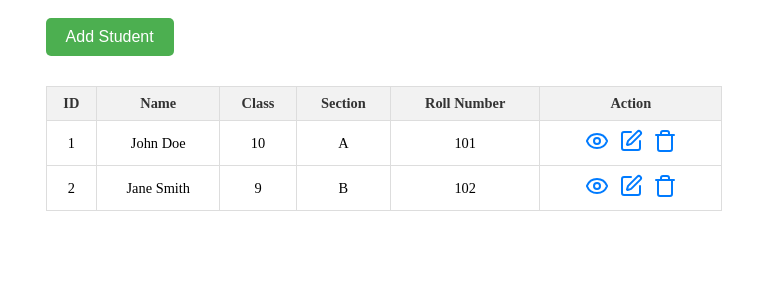
Repository: sharmisthak16/Student-Assignment
Page: /StudentTable (app in my-project/)
These files come from the project's save history. The page is drawn as it stood at one moment and after the next save; the edit follows.
The browser window is 768 px wide. The pictures show the whole page.
The project was rebuilt for these pictures with package versions that can differ from the ones it lists, and the page was loaded fresh each time. Also part of the build but not shown: my-project/vite.config.js, my-project/src/components/firebase.js, my-project/src/components/LoginForm.css, my-project/src/components/LoginForm.jsx, my-project/src/components/Dashboard.jsx, my-project/src/components/HomeButtons.css, my-project/src/components/HomeButtons.jsx, my-project/src/Pages/Home.jsx.

Above is the page before, as saved 2025-01-30 20:22:46.

### my-project/index.html
<!doctype html>
<html lang="en">
  <head>
    <meta charset="UTF-8" />

    <meta name="viewport" content="width=device-width, initial-scale=1.0" />
    <title>Assignment</title>
  </head>
  <body>
    <div id="root"></div>
    <script type="module" src="/src/main.jsx"></script>
  </body>
</html>

### my-project/src/App.jsx
import React from 'react';
import { BrowserRouter as Router, Route, Routes } from 'react-router-dom'; // Use Routes instead of Switch
import LoginForm from './components/LoginForm';
import Dashboard from './components/Dashboard'; // Create this component for the dashboard page
import Home from './Pages/Home';
import StudentTable from './components/StudentTable';

function App() {
  return (
    <Router>
      <Routes>
      <Route path='/' element={<Home/>} />
        <Route path="/LoginForm" element={<LoginForm />} /> {/* Use element instead of component */}
        <Route path="/dashboard" element={<Dashboard />} /> {/* Use element instead of component */}
       <Route path="/StudentTable" element={<StudentTable />}  />
      </Routes>
    </Router>
  );
}

export default App;

### my-project/src/components/StudentTable.jsx
import React, { useState } from "react";
import { Eye, Edit, Trash } from "lucide-react"; // You need to install lucide-react for icons
import "./StudentTable.css";

const StudentTable = () => {
  const [students, setStudents] = useState([
    { id: 1, name: "John Doe", class: "10", section: "A", rollNumber: "101" },
    { id: 2, name: "Jane Smith", class: "9", section: "B", rollNumber: "102" },
  ]);

  const addStudent = () => {
    const newStudent = {
      id: students.length + 1,
      name: "New Student",
      class: "-",
      section: "-",
      rollNumber: "-",
    };
    setStudents([...students, newStudent]);
  };

  const deleteStudent = (id) => {
    setStudents(students.filter((student) => student.id !== id));
  };

  return (
    <div className="student-table-container">
      <button className="add-student-btn" onClick={addStudent}>
        Add Student
      </button>
      <table className="student-table">
        <thead>
          <tr>
            <th>ID</th>
            <th>Name</th>
            <th>Class</th>
            <th>Section</th>
            <th>Roll Number</th>
            <th>Action</th>
          </tr>
        </thead>
        <tbody>
          {students.map((student) => (
            <tr key={student.id}>
              <td>{student.id}</td>
              <td>{student.name}</td>
              <td>{student.class}</td>
              <td>{student.section}</td>
              <td>{student.rollNumber}</td>
              <td>
                <Eye className="action-icon" />
                <Edit className="action-icon" />
                <Trash
                  className="action-icon"
                  onClick={() => deleteStudent(student.id)}
                />
              </td>
            </tr>
          ))}
        </tbody>
      </table>
    </div>
  );
};

export default StudentTable;

### my-project/src/components/StudentTable.css
.student-table-container {
    width: 90%;
    max-width: 1200px;
    margin: 0 auto;
    padding: 20px;
  }

  .add-student-btn {
    padding: 10px 20px;
    background-color: #4CAF50;
    color: white;
    border: none;
    border-radius: 5px;
    cursor: pointer;
    margin-bottom: 20px;
    font-size: 1rem;
  }

  .add-student-btn:hover {
    background-color: #45a049;
  }

  .student-table {
    width: 100%;
    border-collapse: collapse;
    margin-top: 10px;
  }

  .student-table th,
  .student-table td {
    padding: 12px;
    text-align: center;
    border: 1px solid #ddd;
  }

  .student-table th {
    background-color: #f2f2f2;
    color: #333;
  }

  .student-table tbody tr:hover {
    background-color: #f1f1f1;
  }

  .action-icon {
    margin: 0 10px;
    cursor: pointer;
    color: #007bff;
  }

  .action-icon:hover {
    color: #0056b3;
  }

  @media (max-width: 768px) {
    .student-table th,
    .student-table td {
      padding: 8px;
    }

    .student-table {
      font-size: 0.9rem;
    }

    .action-icon {
      margin: 0 5px;
    }

    .student-table-container {
      padding: 10px;
    }
  }

Loaded but not shown: my-project/src/main.jsx (common file); my-project/src/index.css (common file)

After the next save:
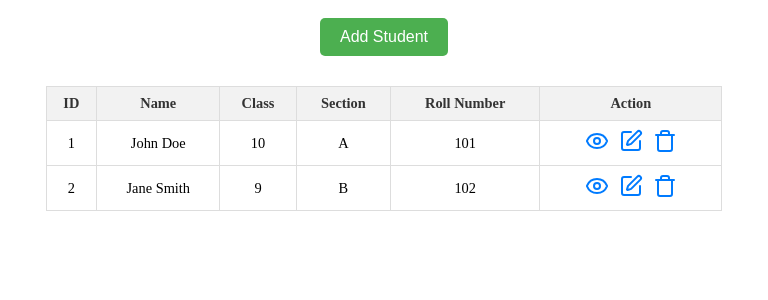
Saved 95 s later.
--- a/my-project/src/components/StudentTable.css
+++ b/my-project/src/components/StudentTable.css
@@ -1,72 +1,74 @@
 .student-table-container {
-    width: 90%;
-    max-width: 1200px;
-    margin: 0 auto;
-    padding: 20px;
-  }
+  width: 90%;
+  max-width: 1200px;
+  margin: 0 auto;
+  padding: 20px;
+  text-align: center; /* Center the button */
+}
 
-  .add-student-btn {
-    padding: 10px 20px;
-    background-color: #4CAF50;
-    color: white;
-    border: none;
-    border-radius: 5px;
-    cursor: pointer;
-    margin-bottom: 20px;
-    font-size: 1rem;
-  }
+.add-student-btn {
+  padding: 10px 20px;
+  background-color: #4CAF50;
+  color: white;
+  border: none;
+  border-radius: 5px;
+  cursor: pointer;
+  margin-bottom: 20px;
+  font-size: 1rem;
+  display: inline-block; /* Make it an inline element to allow centering */
+}
 
-  .add-student-btn:hover {
-    background-color: #45a049;
+.add-student-btn:hover {
+  background-color: #45a049;
+}
+
+.student-table {
+  width: 100%;
+  border-collapse: collapse;
+  margin-top: 10px;
+}
+
+.student-table th,
+.student-table td {
+  padding: 12px;
+  text-align: center;
+  border: 1px solid #ddd;
+}
+
+.student-table th {
+  background-color: #f2f2f2;
+  color: #333;
+}
+
+.student-table tbody tr:hover {
+  background-color: #f1f1f1;
+}
+
+.action-icon {
+  margin: 0 10px;
+  cursor: pointer;
+  color: #007bff;
+}
+
+.action-icon:hover {
+  color: #0056b3;
+}
+
+@media (max-width: 768px) {
+  .student-table th,
+  .student-table td {
+    padding: 8px;
   }
 
   .student-table {
-    width: 100%;
-    border-collapse: collapse;
-    margin-top: 10px;
-  }
-
-  .student-table th,
-  .student-table td {
-    padding: 12px;
-    text-align: center;
-    border: 1px solid #ddd;
-  }
-
-  .student-table th {
-    background-color: #f2f2f2;
-    color: #333;
-  }
-
-  .student-table tbody tr:hover {
-    background-color: #f1f1f1;
+    font-size: 0.9rem;
   }
 
   .action-icon {
-    margin: 0 10px;
-    cursor: pointer;
-    color: #007bff;
+    margin: 0 5px;
   }
 
-  .action-icon:hover {
-    color: #0056b3;
+  .student-table-container {
+    padding: 10px;
   }
-
-  @media (max-width: 768px) {
-    .student-table th,
-    .student-table td {
-      padding: 8px;
-    }
-
-    .student-table {
-      font-size: 0.9rem;
-    }
-
-    .action-icon {
-      margin: 0 5px;
-    }
-
-    .student-table-container {
-      padding: 10px;
-    }
-  }
+}
